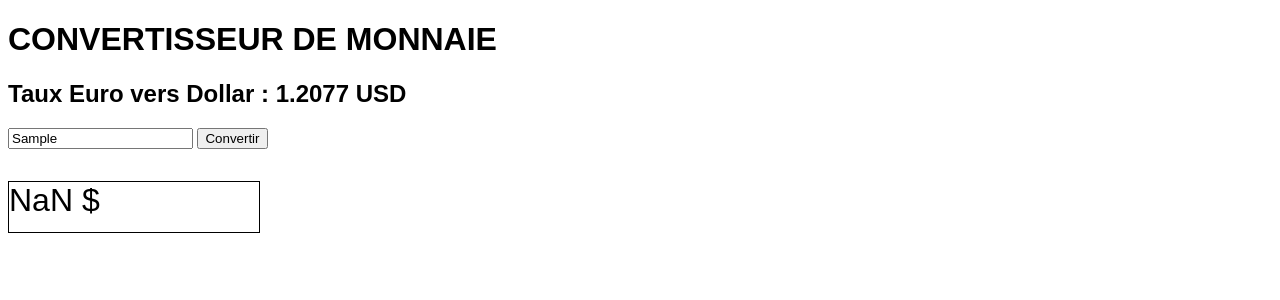
Repository: techmindconsulting/wordshiop-js
Page: index.html
An editor plug-in stored every save of this project. The page is shown before and after a run of saves, followed by the edit.
The browser window is 1280 px wide. The pictures show the whole page.
Empty fields were first filled with sample values (such as "Sample", 5 or name@example.com).
After loading, the first visible `input[onclick="convertir()"]` was clicked once.

Above is the page before, as saved 2021-01-17 13:11:02.

### index.html
<!DOCTYPE html>
<html lang="en">
<head>
    <meta charset="UTF-8">
    <meta name="viewport" content="width=device-width, initial-scale=1.0">
    <title>Convertisseur</title>
    <script src="conversion.js"></script>
    <style>
        html {
            font-family: sans-serif;
        }
        p {
            border: 1px solid black;
            width: 250px;
            height: 50px;
            font-size: 2rem;
        }
    </style>
</head>
<body>
    <h1>CONVERTISSEUR DE MONNAIE</h1>
    <h2>Taux Euro vers Dollar : 1.2077 USD</h2>
    <input type="text" id="amount" >
    <input type="button" value="Convertir" onClick=convertir()>
    <p id="resultat"></p>
</body>
</html>

### conversion.js
/* Fonction qui est appelé sur l'évenement utilisateur onClick */
function convertir() {
   /* Déclaration de variable */
    const CURRENCY = 1.2077;
    let resultat;
    let amount = document.getElementById('amount').value;

    /* Opération de converssion */
    resultat = amount * CURRENCY;

    /* Affichage dans le document HTML */
    document.getElementById('resultat').innerText = resultat + ' $';
}

After the next 2 saves:
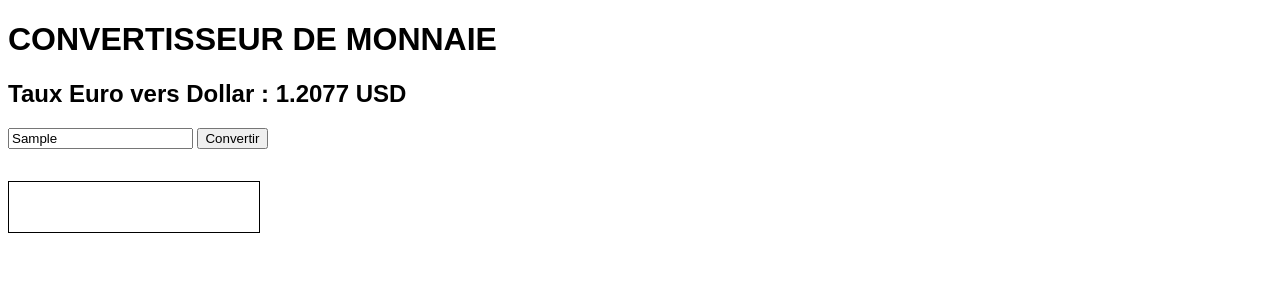
Console error: ReferenceError: CURRENCY is not defined
The 2 saves are shown as one change because they came seconds apart.
The last was saved 80 s later.
--- a/conversion.js
+++ b/conversion.js
@@ -1,7 +1,7 @@
 /* Fonction qui est appelé sur l'évenement utilisateur onClick */
 function convertir() {
    /* Déclaration de variable */
-    const CURRENCY = 1.2077;
+    const CURRENCY_ = 1.2077;
     let resultat;
     let amount = document.getElementById('amount').value;
 
